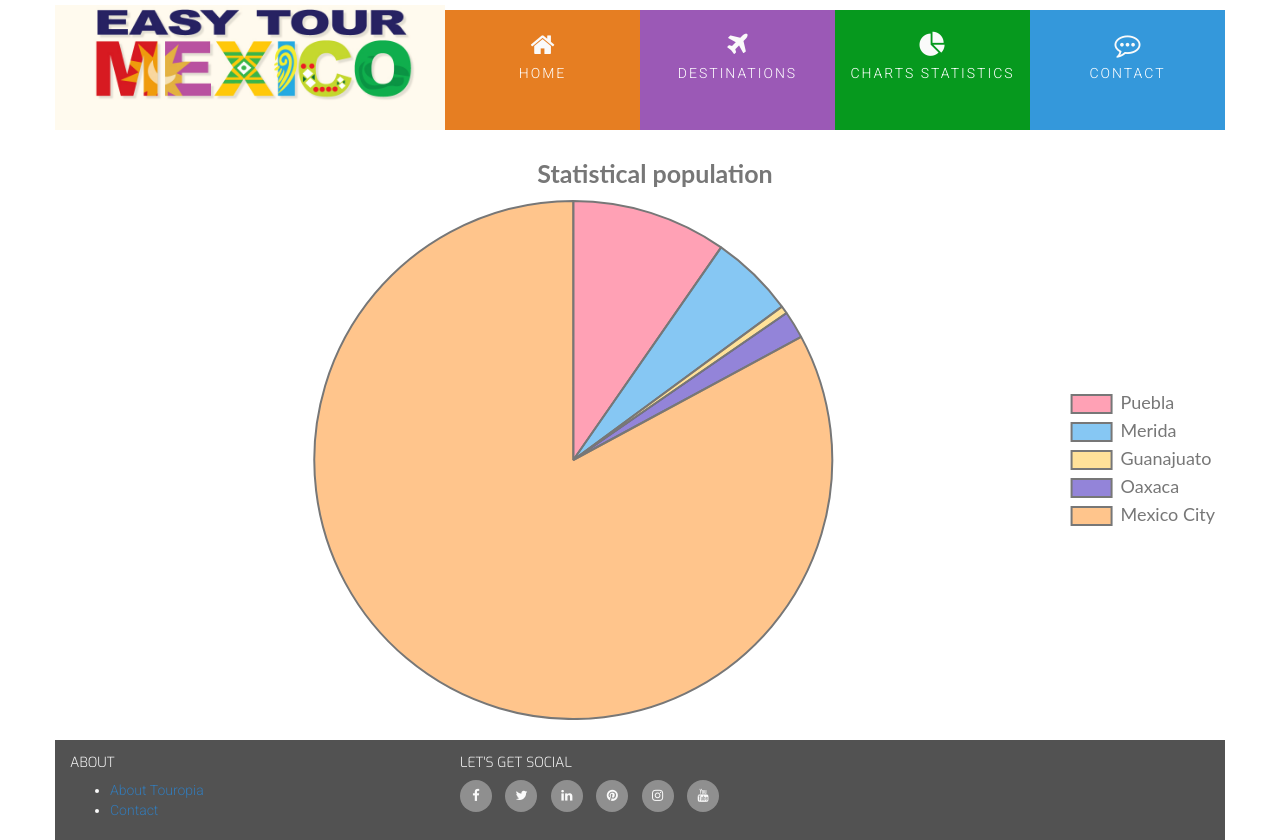
Repository: navegantemx/holiday-destination
Page: charts.html
The author's editor kept a record of every edit. The page is drawn from the files as they stood at one moment, then again after the next edit.
The browser window is 1280 px wide. The pictures show the whole page.
Some web libraries are served in a nearby version.

Above is the page before.

### charts.html
<!DOCTYPE html>
<html lang="en">
<head>
    <meta charset="UTF-8">
    <meta name="viewport" content="width=device-width, initial-scale=1.0">
    <meta http-equiv="X-UA-Compatible" content="ie=edge">
    <link rel="stylesheet" href="https://maxcdn.bootstrapcdn.com/bootstrap/3.3.7/css/bootstrap.min.css" type="text/css" />
    <link rel="stylesheet" href="https://maxcdn.bootstrapcdn.com/font-awesome/4.7.0/css/font-awesome.min.css" type="text/css" />
    <link rel="stylesheet" href="https://cdnjs.cloudflare.com/ajax/libs/hover.css/2.1.1/css/hover-min.css" type="text/css" />
    <link rel="stylesheet" href="assets/css/style.css" type="text/css" />
    <script src="https://cdnjs.cloudflare.com/ajax/libs/Chart.js/2.8.0/Chart.min.js"></script>
    <title>Holiday Destination - Mexico</title>
</head>
<body>

    <!-----------------------Website navigation bar design idea taken from resume-project "Rosie Odenkirk" ------------>
    <!-----------------------Website "Destinations" design idea taken from www.touropia.com/best-places-to-visit-in-mexico/ ------------>

    <!-----------------------Navigation Bar------------>
    <header class="container">
        <div class="row">
            <a href="index.html">
                <div class="col-md-4 logo"></div>
            </a>
            <div class="col-md-8">
                <div class="row">
                    <ul id="nav" class="list-inline clearfix">
                        <li class="col-xs-6 col-sm-3 ui-menu-color-home menuitem">
                            <a href="index.html" class="hvr-sweep-to-bottom"><i class="fa fa-home" aria-hidden="true"></i><span>Home</span></a>
                        </li>
                        <li class="col-xs-6 col-sm-3 ui-menu-color-destinations menuitem">
                            <a href="destinations.html" class="hvr-sweep-to-bottom"><i class="fa fa-plane" aria-hidden="true"></i><span>Destinations</span></a>
                        </li>
                        <li class="col-xs-6 col-sm-3 ui-menu-color-charts menuitem">
                            <a href="charts.html" class="hvr-sweep-to-bottom"><i class="fa fa-pie-chart" aria-hidden="true"></i><span>Charts Statistics</span></a>
                        </li>
                        <li class="col-xs-6 col-sm-3 ui-menu-color-contact menuitem">
                            <a href="contact.html" class="hvr-sweep-to-bottom"><i class="fa fa-commenting-o" aria-hidden="true"></i><span>Contact</span></a>
                        </li>
                    </ul>
                </div>
            </div>
        </div>
    </header>
    <br>

    <!-----------------------Pie Chart from https://www.chartjs.org/------------>

    <section class="container">
        <div class="container">
            <canvas id="myChart"></canvas>
        </div>
    </section>

    <!-----------------------Footer------------>

    <br>
    <footer class="container">
        <div id="footer-details " class="row ">
            <div class="col-sm-4 ">
                <h5 class="uppercase general-sub ">About</h5>
                <ul>
                    <li><a href="https://www.touropia.com/about/">About Touropia</a></li>
                    <li><a href="https://www.touropia.com/contact/">Contact</a></li>
                </ul>
            </div>
            <div class="col-sm-4 ">
                <h5 class="uppercase general-sub ">Let's get Social</h5>
                <ul class="list-inline social-links ">
                    <li><a target="_blank " href="# "><i class="fa fa-facebook "></i></a></li>
                    <li><a target="_blank " href="# "><i class="fa fa-twitter "></i></a></li>
                    <li><a target="_blank " href="# "><i class="fa fa-linkedin "></i></a></li>
                    <li><a target="_blank " href="# "><i class="fa fa-pinterest "></i></a></li>
                    <li><a target="_blank " href="# "><i class="fa fa-instagram "></i></a></li>
                    <li><a target="_blank " href="# "><i class="fa fa-youtube "></i></a></li>
                </ul>
            </div>
        </div>
    </footer>

   <!-----------------------Google Maps Javascript------------>

    <script src="assets/js/charts.js"></script>

</body>
</html>

### assets/css/style.css
@import url('https://fonts.googleapis.com/css?family=Roboto:100,200,300,400,500,600,700|Exo:100,200,300,400,500,600,700');

/*--------------------------------------------Colors*/

.bg-color-contact {
    background-color: #ffffff;
}

.bg-color-maps {
    background-color: #f4f4f4;
}

.ui-menu-color-home {
    background-color: #e67e22;
}

.ui-menu-color-destinations {
    background-color: #9b59b6;
}

.ui-menu-color-charts {
    background-color: #06991e;
}

.ui-menu-color-contact {
    background-color: #3498db;
}

body {
    font-family: Roboto, sans-serif;
    font-weight: 300;
    background-color: #FFFFFF;
    color: #555555;
}


/*--------------------------------------------Special Paddings/Margins/Text*/

.section-heading {
    text-align: center;
}


h1,
h2,
h3,
h4 {
    margin: 0;
}

p {
    margin-top: 20px;
    margin-right:120px;
    margin-bottom: 10px;
    margin-left: 0px;
}

.uppercase {
    text-transform: uppercase;
}

.general-sub {
    font-family: "Exo", sans-serif;
    font-weight: 300;
    color: #fafafa;
}

/*--------------------------------------------Heading*/

header {
    margin: 0;
}

.heading {
    margin-left: 50px;
}

.row {
    margin-right: -15px;
    margin-left: -15px;
    margin-top: 5px;
}

.logo {
    background: url("../images/mexico.jpg");
    background-position: center;
    background-repeat: no-repeat;
    background-size: cover;
    min-height: 125px;
    transition: all .5s ease-in-out;
    -moz-transition: all .5s ease-in-out;
    -webkit-transition: all .5s ease-in-out;
}

.title {
    font-family: "Roboto", sans-serif;
    font-weight: 200;
    font-size: 28px;
    margin-top: 20px;
    margin-bottom: 90px;
    color: #ffffff;
}

#nav {
    margin: 0;
}

#nav li {
    padding: 0;
}

.menuitem {
    height: 120px;
    text-align: center;
    padding: 0;
}

.menuitem a {
    width: 100%;
    text-decoration: none;
    color: #ffffff;
    height: 120px;
}


.menuitem a i {
    padding-top: 22px;
    display: block;
    color: #fafafa;
    font-size: 26px;
}

.menuitem span {
    display: block;
    width: 100%;
    padding-top: 5px;
    text-align: center;
    text-transform: uppercase;
    font-size: 14px;
    font-weight: 300;
    letter-spacing: 2px;
}


.iframe {
    font-family: "Roboto", sans-serif;
    font-weight: 350;
    font-size: 18px;
    margin-top: 20px;
    margin-bottom: 90px;
    color: #000000;
}


/*--------------------------------------------Hover.css*/

.hvr-sweep-to-bottom:before {
    background: rgba(0, 0, 0, 0.2);
    height: 120px;
}


/*--------------------------------------------Footer*/

footer {
    background-color: #525252;
    color: #fafafa;
    min-height: 100px;
    margin: 0;
}

footer .cv-pdf i {
    color: #fafafa;
    text-align: center;
    font-size: 18px;
    padding-left: 5px;
}

footer .cv-pdf i:hover {
    color: #e84610;
    transition: all 0.35s ease-in-out;
    -moz-transition: all 0.35s ease-in-out;
    -webkit-transition: all 0.35s ease-in-out;
    -o-transition: all 0.35s ease-in-out;
}

.social-links {
    padding-bottom: 15px;
}

.social-links li a i {
    width: 32px;
    height: 32px;
    padding: 12px 0;
    border-radius: 50%;
    font-size: 13px;
    line-height: 7px;
    text-align: center;
    color: #fafafa;
    background: #8f8f8f;
    transition: all 0.35s ease-in-out;
    -moz-transition: all 0.35s ease-in-out;
    -webkit-transition: all 0.35s ease-in-out;
    -o-transition: all 0.35s ease-in-out;
}

.social-links li a i:hover {
    background: #e84610;
}

#footer-details {
    margin: 20px;
}

/*--------------------------------------------Contact*/

.contact-heading {
    font-family: "Exo", sans-serif;
    font-weight: 300;
    margin-top: 25px;
    margin-bottom: 20px;
}


.center-form {
    padding-top: 10px;
    margin: 0 auto;
    max-width: 70%;
}

button[type="submit"] {
    margin-top: 15px;
    margin-bottom: 20px;
    background-color: #e84610;
    color: #fafafa;
}

/*--------------------------------------------Map*/

#map {
    height: 500px;
}

/*--------------------------------------------Media Queries*/

@media(min-width: 992px) {
    .section-column {
        float: none;
        display: table-cell;
    }

    .center-form {
        padding-top: 30px;
        min-height: 240px;
        margin: 0 auto;
        max-width: 50%;
    }
}

### assets/js/charts.js
  // Traversy Media https://www.youtube.com/watch?v=sE08f4iuOhA

    let myChart = document.getElementById('myChart').getContext('2d');

    Chart.defaults.global.defaultFontFamily = 'Lato';
    Chart.defaults.global.defaultFontSize = 18;
    Chart.defaults.global.defaultFontColor = '#777';

    let massPopChart = new Chart(myChart, {
        type: 'pie', // bar, horizontalBar, pie, line, doughnut, radar, polarAerea
        data: {
            labels: ['Puebla', 'Merida', 'Guanajuato', 'Oaxaca', 'Mexico City'],
            datasets: [{
                label: 'Population',
                data: [1434062, 777615, 72237, 255029, 12294193],
                backgroundColor: [
                    'rgba(255, 99, 132, 0.6)',
                    'rgba(54, 162, 235, 0.6)',
                    'rgba(255, 206, 86, 0.6)',
                    'rgba(75, 50, 192, 0.6)',
                    'rgba(255, 159, 64, 0.6)'
                ],

                borderWith: 1,
                borderColor: '#777',
                hoverBoarderWidth: 3,
                hoverBoarderColor: '#000'
            }]
        },
        options: {
            title: {
                display: true,
                text: 'Statistical population',
                fontSize: 25
            },
            legend: {
                position: 'right'
            }
        },
    });

After the next edit:
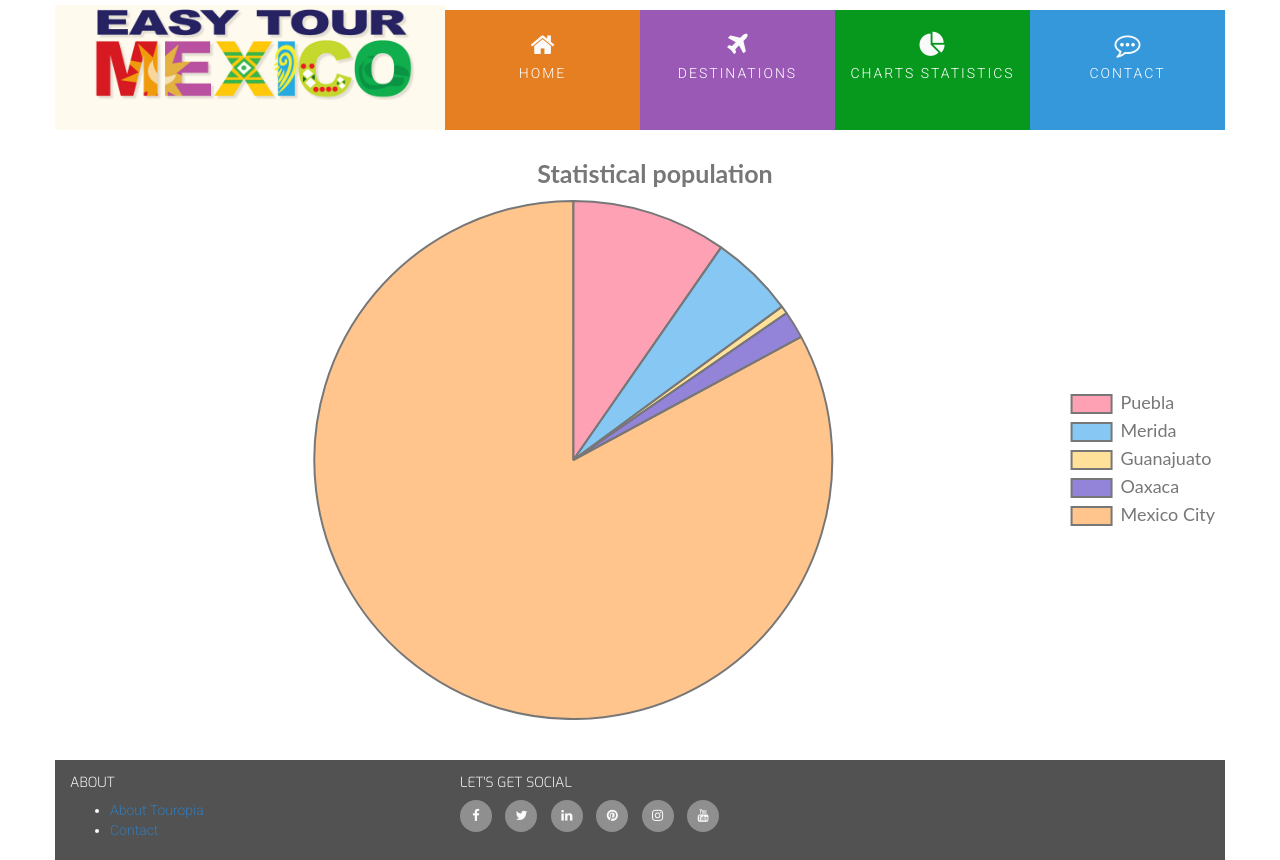
The edit:
--- a/charts.html
+++ b/charts.html
@@ -55,6 +55,8 @@
     <!-----------------------Footer------------>
 
     <br>
+    <!-----------------------Footer------------>
+    <br>
     <footer class="container">
         <div id="footer-details " class="row ">
             <div class="col-sm-4 ">
@@ -78,7 +80,7 @@
         </div>
     </footer>
 
-   <!-----------------------Google Maps Javascript------------>
+    <!-----------------------Google Maps Javascript------------>
 
     <script src="assets/js/charts.js"></script>
 
